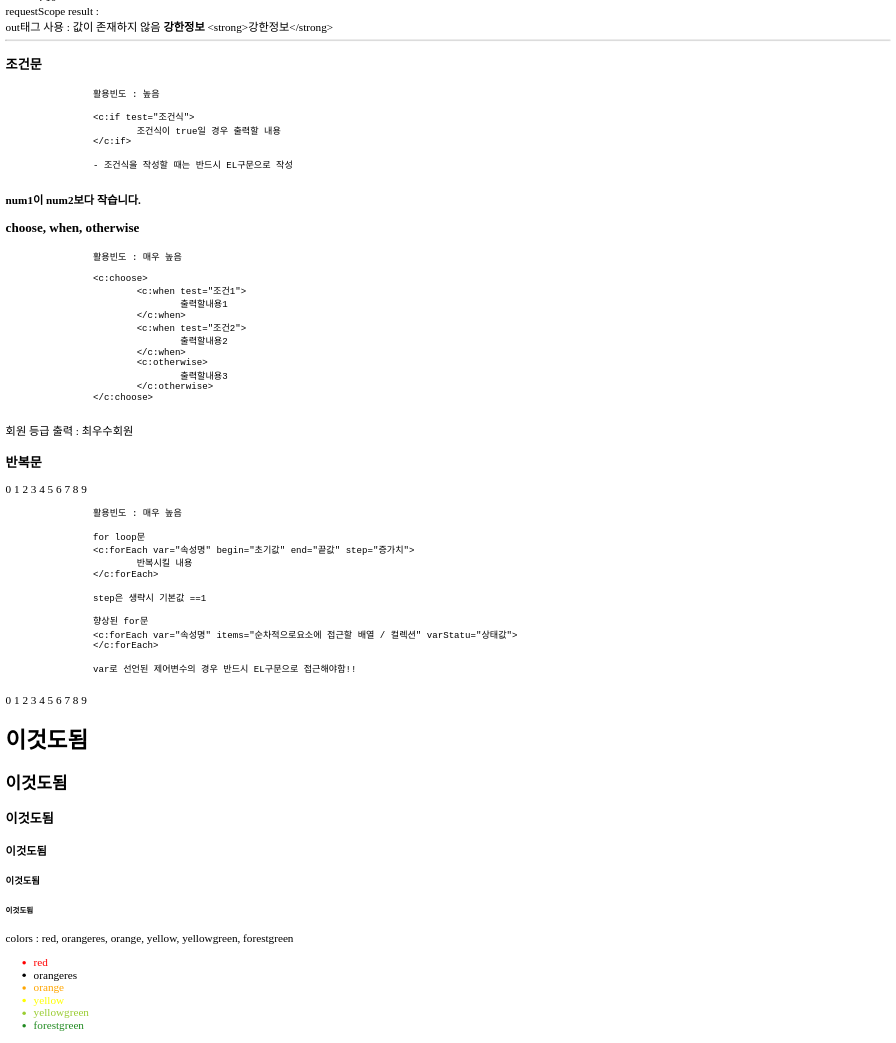
Repository: rlaehqkf/java_practice
Page: http://localhost/ActionProject/jstl.do
The author's editor kept a copy of each file at every save. The page is drawn from the files as they stood at one save, then again after the next save.
The browser window is 1280 px wide. The pictures show the part of the page from y = 1267 to 3187 px (the page is 2757 px tall before and 3187 px after), at 70% of full size.
The page is served by Tomcat 9. Other server files are loaded and not shown.

Above is the page before, as saved 2026-05-07 01:26:21.

### ActionProject/src/main/webapp/WEB-INF/views/custom/JSTL.jsp
<%@ page language="java" contentType="text/html; charset=UTF-8"
    pageEncoding="UTF-8"%>
<%@ taglib prefix="c" uri="http://java.sun.com/jsp/jstl/core" %>
<!--
	URI > URL

	URI(Uniform Resource Identifier) : 자원을 식별하는 문자열
									   자원의 위치, 네이밍과 상관없이 고유하게 가리킬 수 있는 모든 식별자

	URL(Uniform Resource Locator) : Location(위치)어디로 가면 그걸 찾을 수 있는가에 대한 답
 -->

<!DOCTYPE html>
<html>
<head>
<meta charset="UTF-8">
<title>중요!!!!!!!!</title>
</head>
<body>

	<h1>JSTL이란...?</h1>

	<p>
		Jakarta Server Page Standard Tag Library의 약어로 <br>
		JSP에서 사용할 수 있는 커스텀 액션 태그<br>
		공통적으로 화면단에서 사용하게 되는 코드들의 어떤 집합을 보다 쉽게 사용할 수 있게끔 태그로 만들어거 <br>
		표준으로 제공하는 라이브러리(클래스 모음집)
	</p>

	<hr>


	<h3>* 라이브러리를 추가</h3>

	<ol>
		<li>https://tomcat.apache.org로접속</li>
		<li>Standard-1.2.5.jar파일 4개 다 다운받기<li>
		<li>WEB-INF/lib폴더에 넣어준다(Copy files)</li>
	</ol>

	<h4>* JSTL 선언!!</h4>

	<%
		request.setAttribute("abc", 10);
	%>
	<c:set var="bbb" value="10" />

	<p>
		JSTL을 사용하는 방법은 일단 사용하고자하는 JSP파일 상단에 <br>
		보통 page지시어 바로 밑에<br>
		taglib지시어를 사용해서 선언을 해주어야함!
	</p>

	<hr>

	<h4>JSTL Core Library</h4>

	<p>
		JSP상에서 조건문, 반복문등의 로직과 관련된 태그들을 제공함
	</p>

	<h5>속성 추가하기(Attribute추가)</h5>

	<pre>
		활용빈도 낮음

		&lt; c:set var="키값" value="리터럴값" scope="스코프(생략가능)" />
		- Scope에 새로운 Attribute를 추가하는 태그
		- scope속성 생략 시 pageScope에 담김
	</pre>

	<c:set var="num1" value="10" />
	<c:set var="num2" value="20" scope="request"/>
	<%--request.setAttribute("num", "10) --%>
	<c:set var="result" value="${ num1 + num2 }" scope = "session"/>

	set태그로 선언한 Attribute는 EL구문을 이용해출력 <br>
	num1의 값 : ${ num1 } <br>
	num2의 값 : ${ num2 } <br>
	result의 값 ${ result } <br>

	<c:set var="result" scope="request">9999</c:set>
	<!-- value속성을 명시하지 않고 컨텐트 영역에 대입할 값을 기술할 수 있음 -->

	<hr>

	<pre>
		활용빈도 : 중간

		* 속성 삭제(&lt;c:remove var="제거하고자하는 속성" scope="스코프영역(생략가능)" />)

		- 해당 Attribute를 Scope영역에서 제거하는 태그
		- scope속성을 작성하지 않으면 모든 scope에서 해당 Attribute를 싹 다 제거함
	</pre>

	삭제 전 result : ${ result } <br>

	<hr>

	오케이~ requestScope에서 result속성을 삭제 <br>
	<c:remove var="result" scope="request" />
	삭제 후 result : ${ result } <br>

	<hr>

	<pre>
		활용빈도 : 낮은데 진짜 살다가 필요할때가 생김
		* 출력(&lt;c:out value="출력할 값" default="기본값" escapeXml="t/F/>)
		- 속성을 출력하려고할 때 사용하는 태그
	</pre>

	num1 : <c:out value="${ num1 }" /> <br>
	ㅋㅋㅋ : ${ num1 }

	<br>

	requestScope result : ${ requestScope.result } <br>
	out태그 사용 : <c:out value="${ requestScope.result }" default="값이 존재하지 않음" />

	<c:set var="strong" value="<strong>강한정보</strong>" />

	${ strong }
	<c:out value="${ strong }" />

	<hr>

	<h3>조건문</h3>

	<pre>
		활용빈도 : 높음

		&lt;c:if test="조건식">
			조건식이 true일 경우 출력할 내용
		&lt;/c:if>

		- 조건식을 작성할 때는 반드시 EL구문으로 작성
	</pre>


	<c:if test="${ num1 lt num2 }">
		<strong>num1이 num2보다 작습니다. </strong>
	</c:if>
	<%--
	<% if((int)pageContext.getAttribute("num1") > (int)request.getAttribute("num2")) {%>
	<% } %>
	--%>

	<h3>choose, when, otherwise</h3>

	<pre>
		활용빈도 : 매우 높음

		&lt;c:choose>
			&lt;c:when test="조건1">
				출력할내용1
			&lt;/c:when>
			&lt;c:when test="조건2">
				출력할내용2
			&lt;/c:when>
			&lt;c:otherwise>
				출력할내용3
			&lt;/c:otherwise>
		&lt;/c:choose>
	</pre>

	<c:set var="point" value="400" />

	회원 등급 출력 :
	<c:choose>
		<c:when test="${ point le 100 }">
			일반회원
		</c:when>
		<c:when test="${ point le 00 }">
			우수회원
		</c:when>
		<c:otherwise>
			최우수회원
		</c:otherwise>

	</c:choose>
	<!-- choose구문안에 when/otherwise말고 다른 어떤 무언가가 들어가서는 안됨! -->

	<h3>반복문</h3>

	<% for(int i =0; i< 10; i++){ %>
		<%= i %>
	<% } %>

	<pre>
		활용빈도 : 매우 높음

		for loop문
		&lt;c:forEach var="속성명" begin="초기값" end="끝값" step="증가치">
			반복시킬 내용
		&lt;/c:forEach>

		step은 생략시 기본값 ==1

		향상된 for문
		&lt;c:forEach var="속성명" items="순차적으로요소에 접근할 배열 / 컬렉션" varStatu="상태값">
		&lt;/c:forEach>

		var로 선언된 제어변수의 경우 반드시 EL구문으로 접근해야함!!
	</pre>

	<c:forEach var="i" begin="0" end="9">
		${ i }
	</c:forEach>

	<br>

	<c:forEach var="i" begin="1" end="6">
		<h${ i }>이것도됨</h${ i }>
	</c:forEach>

	<c:set var="colors">
		red, orangeres, orange, yellow, yellowgreen, forestgreen
	</c:set>

	colors : ${ colors }

	<br>

	<ul>
		<c:forEach var="c" items="${ colors }">
			<li style="color:${ c }">${ c }</li>
		</c:forEach>

	</ul>










</body>
</html>

### ActionProject/src/main/java/com/kh/el/controller/JstlServlet.java
package com.kh.el.controller;

import java.io.IOException;
import java.util.ArrayList;
import java.util.List;

import javax.servlet.ServletException;
import javax.servlet.annotation.WebServlet;
import javax.servlet.http.HttpServlet;
import javax.servlet.http.HttpServletRequest;
import javax.servlet.http.HttpServletResponse;

import com.kh.el.model.dto.Person;

/**
 * Servlet implementation class JstlServlet
 */
@WebServlet("/jstl.do")
public class JstlServlet extends HttpServlet {
	private static final long serialVersionUID = 1L;


    public JstlServlet() {
        super();

    }


	protected void doGet(HttpServletRequest request, HttpServletResponse response) throws ServletException, IOException {


		// DB 갔다온척 -> SELECT
		// List가 응답으로 옴
		List<Person> persons = new ArrayList();
		persons.add(new Person("홍길동", 15, "한양"));
		persons.add(new Person("고길동", 40, "마포"));
		persons.add(new Person("허균", 22, "서울"));
		// List가 응답으로 옴


		request.setAttribute("persons", persons);






		request.getRequestDispatcher("/WEB-INF/views/custom/JSTL.jsp").forward(request, response);


	}


	protected void doPost(HttpServletRequest request, HttpServletResponse response) throws ServletException, IOException {

		doGet(request, response);
	}

}

### ActionProject/src/main/java/com/kh/el/model/dto/Person.java
package com.kh.el.model.dto;

public class Person {
	private String name;
	private int age;
	private String address;

	public Person(String name, int age, String address) {
		super();
		this.name = name;
		this.age = age;
		this.address = address;
	}
	public Person() {
		super();
	}
	public String getName() {
		return name;
	}
	public void setName(String name) {
		this.name = name;
	}
	public int getAge() {
		return age;
	}
	public void setAge(int age) {
		this.age = age;
	}
	public String getAddress() {
		return address;
	}
	public void setAdress(String address) {
		this.address = address;
	}

	@Override
	public String toString() {
		return "Person [name=" + name + ", age=" + age + ", address=" + address + "]";
	}



}

After the next save:
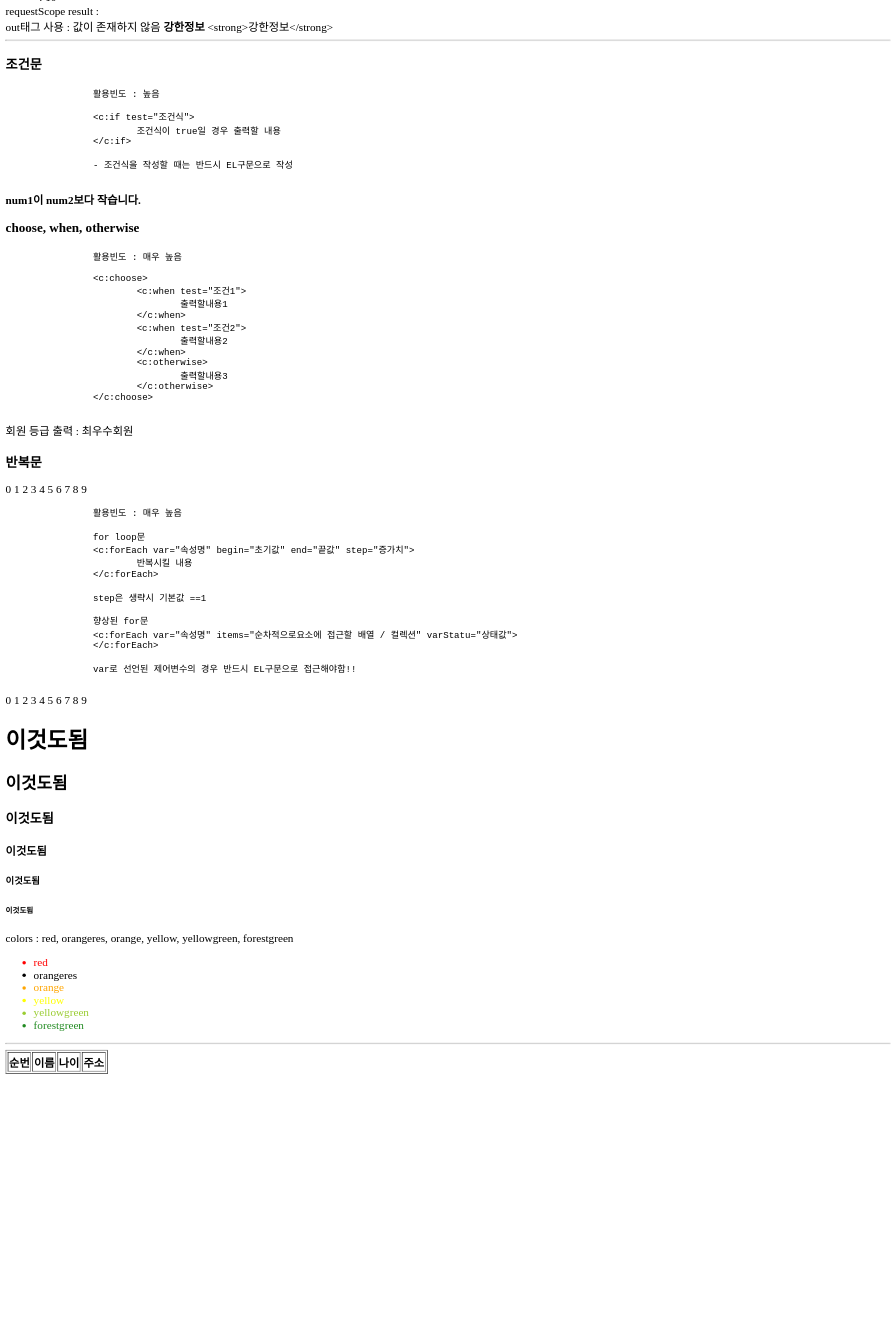
Saved 93 s later.
--- a/ActionProject/src/main/webapp/WEB-INF/views/custom/JSTL.jsp
+++ b/ActionProject/src/main/webapp/WEB-INF/views/custom/JSTL.jsp
@@ -228,14 +228,28 @@
 
 	</ul>
 
-
-
-
-
-
-
-
-
-
+	<hr>
+
+	<table border="1">
+		<thead>
+			<tr>
+				<th>순번</th>
+				<th>이름</th>
+				<th>나이</th>
+				<th>주소</th>
+			</tr>
+		</thead>
+		<today>
+
+		</today>
+	</table>
+
+
+
+
+
+
+
+<br><br><br><br><br><br><br><br><br><br><br><br><br><br><br><br><br><br><br><br><br>
 </body>
 </html>
